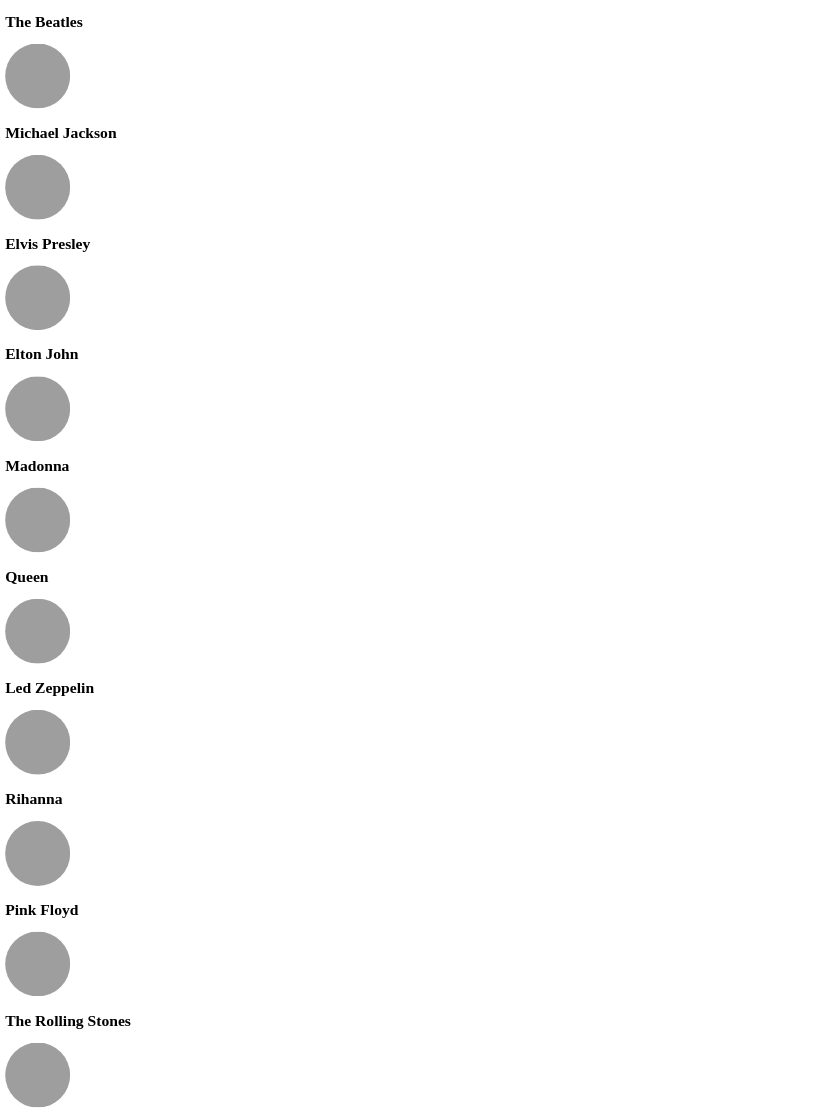
Repository: MelissaJacobi/Frontend-lab-2
Page: /
The author's editor kept a copy of each file at every save. The page is drawn from the files as they stood at one save, then again after the next save.
The browser window is 1280 px wide. The pictures show the whole page, at 65% of full size.
Pictures or frames that could not be fetched are drawn as grey boxes. The project was rebuilt for these pictures with package versions that can differ from the ones it lists, and the page was loaded fresh each time. Also part of the build but not shown: vite.config.js.

Above is the page before, as saved 2024-09-19 13:42:43.

After the next save:
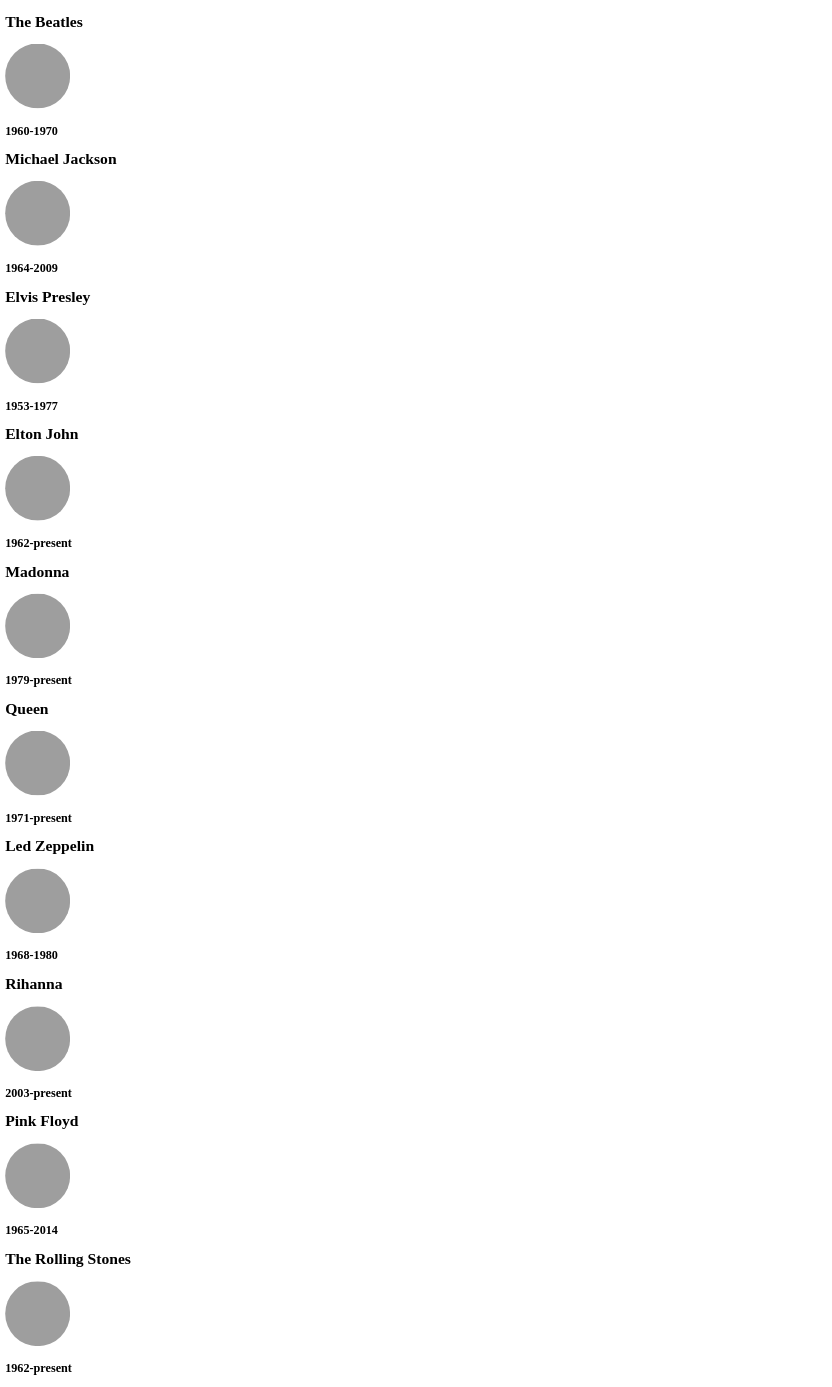
Saved 63 s later.
--- a/src/components/ArtistDetails.jsx
+++ b/src/components/ArtistDetails.jsx
@@ -6,7 +6,7 @@
     <div className="app">
         <h2>{artistName}</h2>
         <img src={artistURL} alt={artistName} className="photo" />
-
+        <h3>{artistActive}</h3>
     </div>
   );
 }
